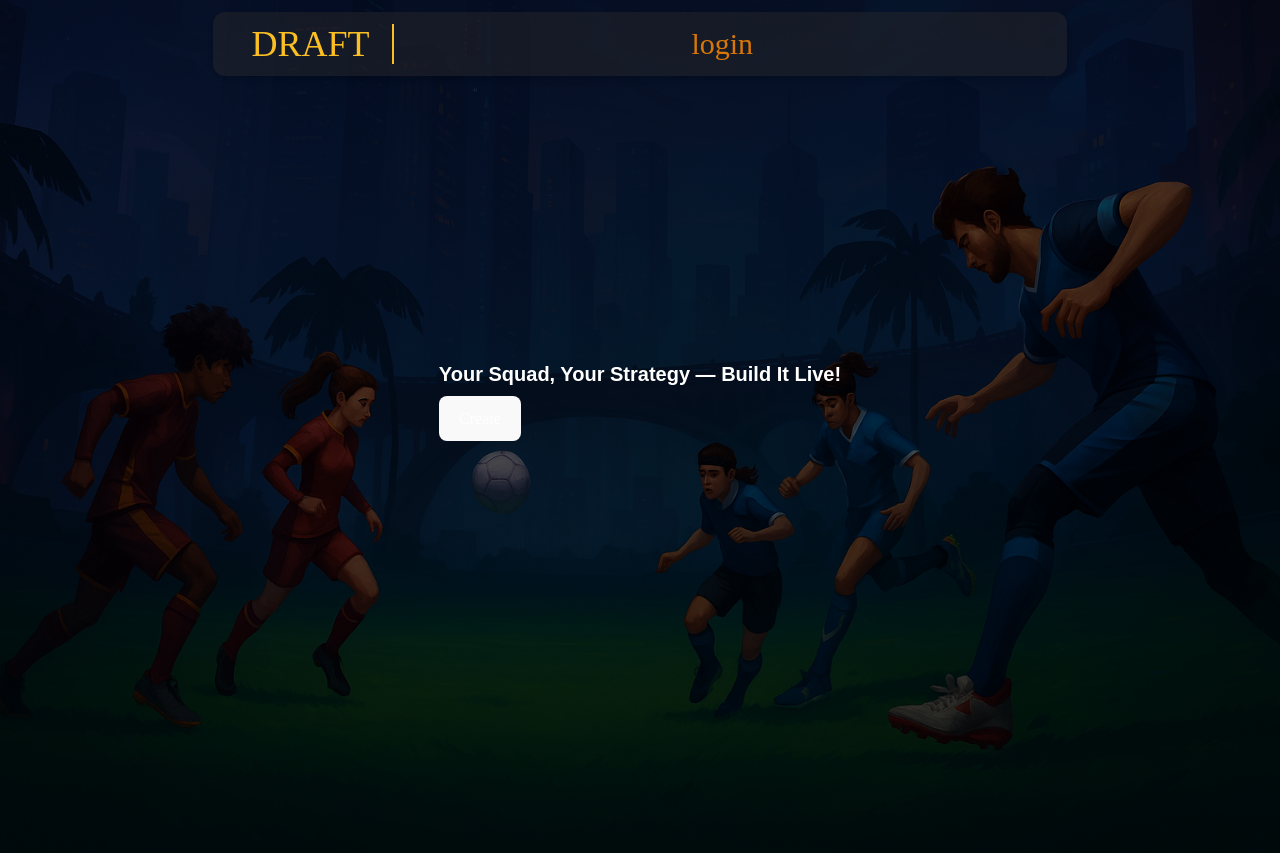
Repository: MehediMim/LeagueCrafter--Online-Auction-Platform-Project
Page: / (app in my-app/)
The author's editor kept a copy of each file at every save. The page is drawn from the files as they stood at one save, then again after the next save.
The browser window is 1280 px wide. The pictures show the whole page.
Some web fonts or font styles are not loaded; a fallback is used. The project was rebuilt for these pictures with package versions that can differ from the ones it lists, and the page was loaded fresh each time. Also part of the build but not shown: my-app/vite.config.js, my-app/src/pages/Dashboard.jsx, my-app/src/pages/Login.jsx.

Above is the page before, as saved 2025-05-25 02:05:09.

### my-app/src/main.jsx
import { StrictMode } from 'react'
import { createRoot } from 'react-dom/client'
import React from 'react';
import ReactDOM from 'react-dom/client';
import './index.css'
import App from './App.jsx'
import { Auth0Provider } from '@auth0/auth0-react';
console.log("HELLO WORLD");
console.log('Domain:', import.meta.env.VITE_AUTH0_DOMAIN);
console.log('Client ID:', import.meta.env.VITE_AUTH0_CLIENT_ID);
console.log("HELLO WORLD");

ReactDOM.createRoot(document.getElementById('root')).render(
<React.StrictMode>
  <Auth0Provider
    domain={import.meta.env.VITE_AUTH0_DOMAIN}
    clientId={import.meta.env.VITE_AUTH0_CLIENT_ID}
    authorizationParams={{

      redirect_uri: window.location.origin,
      audience: import.meta.env.VITE_AUTH0_AUDIENCE
    }}
  >
    <App />
  </Auth0Provider>
</React.StrictMode>
);

### my-app/src/index.css
@import url('https://fonts.googleapis.com/css2?family=Bebas+Neue&display=swap');
@import url('https://fonts.googleapis.com/css2?family=Raleway:wght@400;700&display=swap');
@import url('https://fonts.googleapis.com/css2?family=Jaro&display=swap');
@import url('https://fonts.googleapis.com/css2?family=WDXL+Lubrifont+TC&display=swap');


@tailwind base;
@tailwind components;
@tailwind utilities;



:root {
  font-family: system-ui, Avenir, Helvetica, Arial, sans-serif;
  line-height: 1.5;
  font-weight: 400;

  color-scheme: light dark;
  color: rgba(255, 255, 255, 0.87);
  background-color: #242424;

  font-synthesis: none;
  text-rendering: optimizeLegibility;
  -webkit-font-smoothing: antialiased;
  -moz-osx-font-smoothing: grayscale;
}

a {
  font-weight: 500;
  color: #646cff;
  text-decoration: inherit;
}
a:hover {
  color: #535bf2;
}

body {
  margin: 0;
  display: flex;
  place-items: center;
  min-width: 320px;
  min-height: 100vh;
}

h1 {
  font-size: 3.2em;
  line-height: 1.1;
}

button {
  border-radius: 8px;
  border: 1px solid transparent;
  padding: 0.6em 1.2em;
  font-size: 1em;
  font-weight: 500;
  font-family: inherit;
  background-color: #1a1a1a;
  cursor: pointer;
  transition: border-color 0.25s;
}
button:hover {
  border-color: #646cff;
}
button:focus,
button:focus-visible {
  outline: 4px auto -webkit-focus-ring-color;
}

@media (prefers-color-scheme: light) {
  :root {
    color: #213547;
    background-color: #ffffff;
  }
  a:hover {
    color: #747bff;
  }
  button {
    background-color: #f9f9f9;
  }
}

### my-app/src/App.jsx
import { BrowserRouter, Routes, Route } from "react-router-dom";
import Navbar from "./components/Navbar";
import Home from "./pages/Home";
import Dashboard from "./pages/Dashboard";
import Login from "./pages/Login";


export default function App() {
  return (
    <BrowserRouter>
      <Navbar />
      <Routes>
        <Route path="/" element={<Home />} />
        <Route path="/dashboard" element={<Dashboard />} />
        <Route path="/login" element={<Login />} />
        {/* <Route path="/auction" element={<AuctionRoom />} /> */}
        {/* <Route path="*" element={<NotFound />} /> */}
      </Routes>
    </BrowserRouter>
  );
}

### my-app/src/components/Navbar.jsx
import { Link } from "react-router-dom";
import { useAuth0 } from "@auth0/auth0-react";

export default function Navbar(params) {

  const { user, isAuthenticated, isLoading, loginWithRedirect, logout } = useAuth0();

  return (
    <div className="h-16 w-screen absolute top-3 z-50 flex justify-center">
      <div className="w-2/3 flex justify-center">
        <div className="bg-zinc-800 bg-opacity-50 shadow-md p-4 rounded-xl w-full flex items-center">
          {/* <div className="w-auto h-auto rounded-xl m-4 flex p-4"> */}
          <div className="w-1/4 border-r-2 border-amber-400 flex justify-center">
            <Link to="/"><h1 className="font-jaro text-4xl text-amber-400 hover:text-white">DRAFT</h1></Link>
          </div>
          <div className="w-full flex justify-evenly   items-center">
            {/* <Link to="/" className="text-amber-600 hover:text-white"><h1 className="text-3xl font-jaro">home</h1></Link> */}
            {/* <Link className="text-amber-600 hover:text-white"><h1 className="text-3xl font-jaro">registrations</h1></Link> */}
            {!isAuthenticated && <Link to="/login" className="text-amber-600 hover:text-white"><h1 className="text-3xl  font-jaro">login</h1></Link>}
            {isAuthenticated && <Link to="/dashboard" className="text-amber-600 hover:text-white"><h1 className="text-3xl  font-jaro">dashboard</h1></Link>}

          </div>
          {/* </div> */}
        </div>
        {isAuthenticated && <div className=" h-16 w-16  ml-3 group cursor-pointer relative">


          <div className="rounded-full border-amber-600 border-4 h-16 w-16">
            <img src={user.picture} className="rounded-full"></img>
          </div>

          <div className="absolute top-10 left-36 -translate-x-1/2  bg-zinc-800 text-white rounded-xl p-4 shadow-lg hidden group-hover:block z-50">
            <p className="text-lg font-bold font-raleway text-left">{user.name}</p>
            <p className="text-lg  font-kanit text-center font-raleway">{user.email}</p>
            <button
              onClick={() => logout({ returnTo: window.location.origin })}
              className="mt-3 w-full px-4 py-2 text-smbg rounded hover:bg-white  hover:text-black transition font-kanit"
            >
              Logout
            </button>
          </div>


        </div>
        }
      </div>
    </div>
  )
};

### my-app/src/pages/Home.jsx
import bg from "../assets/bg1.png"
export default function Home(params) {
    return (
        <div>
            <div className="w-screen h-auto absolute top-0 left-0 z-0">
                <div className="w-full h-full bg-black absolute opacity-55">

                </div>
                <div>
                    <img src={bg} className="w-full"></img>
                </div>
            </div>
            <div className="flex justify-center items-center w-screen absolute">
                <div className="justify-start flex flex-col">
                    <div>
                        <h1 className="text-xl font-lubrifont text-white font-bold">Your Squad, Your Strategy — Build It Live!</h1>
                    </div>
                    <div className="flex justify-start pt-2">
                        <button className="font-jaro text-white hover:bg-white hover:text-black">Create</button>
                    </div>
                </div>
            </div>
        </div>
    )
};

### my-app/tailwind.config.js
/** @type {import('tailwindcss').Config} */
export default {
  content: [
    "./index.html",
    "./src/**/*.{js,ts,jsx,tsx}",
  ],
  theme: {
    extend: {
      fontFamily: {
        bebas: ['"Bebas Neue"', 'cursive'],
        raleway: ['Raleway', 'sans-serif'],
        jaro: ['Jaro', 'cursive'],
        lubrifont: ['Lubrifont', 'sans-serif'],
      },
    },
  },
  plugins: [],
}

Loaded but not shown: my-app/index.html (common file)

After the next save:
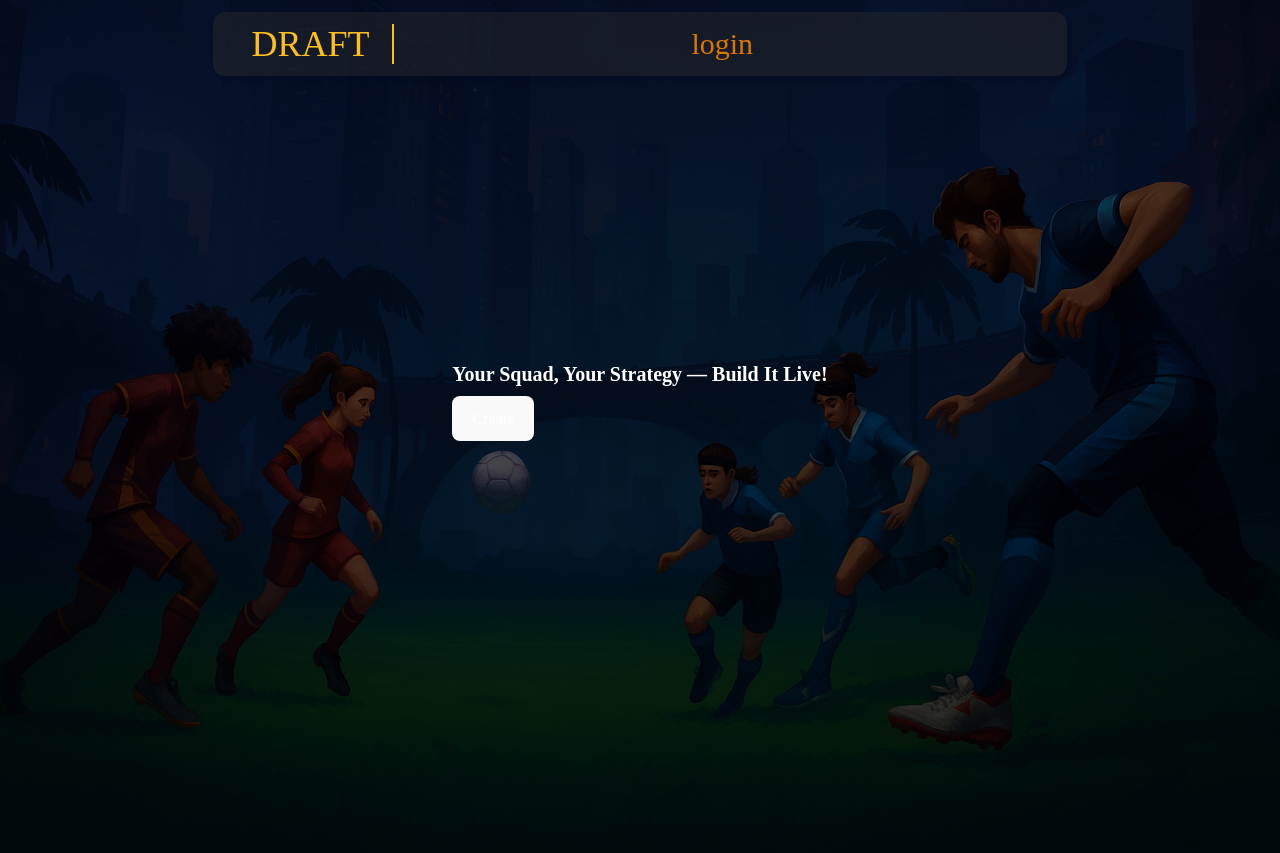
Saved 7 s later.
--- a/my-app/src/pages/Home.jsx
+++ b/my-app/src/pages/Home.jsx
@@ -13,7 +13,7 @@ export default function Home(params) {
             <div className="flex justify-center items-center w-screen absolute">
                 <div className="justify-start flex flex-col">
                     <div>
-                        <h1 className="text-xl font-lubrifont text-white font-bold">Your Squad, Your Strategy — Build It Live!</h1>
+                        <h1 className="text-xl font-jaro text-white font-bold">Your Squad, Your Strategy — Build It Live!</h1>
                     </div>
                     <div className="flex justify-start pt-2">
                         <button className="font-jaro text-white hover:bg-white hover:text-black">Create</button>
